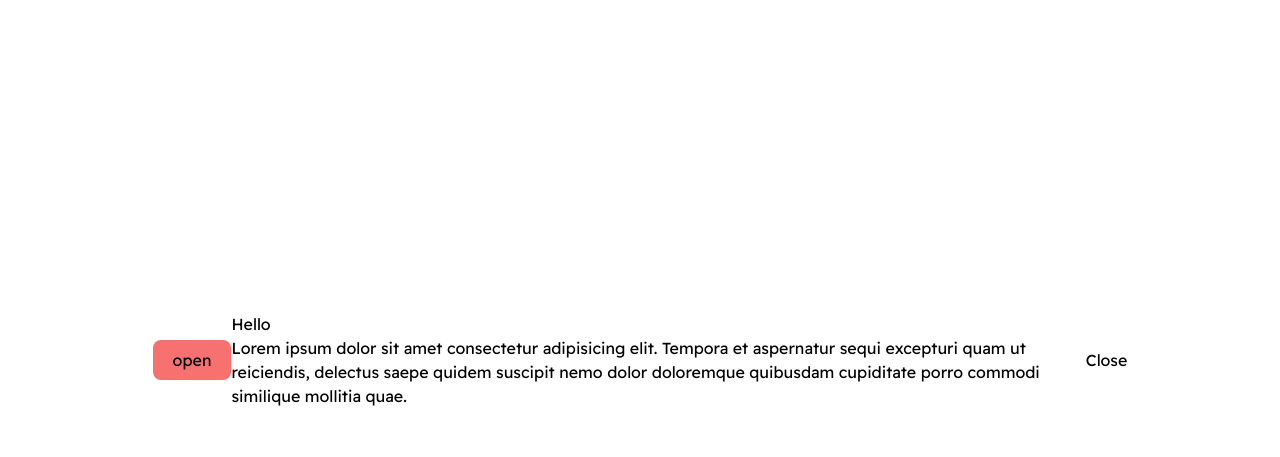
Repository: javals243/Reusable-component
Page: /, after clicking the first element matching `button.bg-red-400`
The author's editor kept a copy of each file at every save. The page is drawn from the files as they stood at one save, then again after the next save.
The browser window is 1280 px wide. The pictures show the whole page.
The project was rebuilt for these pictures with package versions that can differ from the ones it lists, and the page was loaded fresh each time. The framework's server and built-in components were replaced by stand-ins that run in the browser. Also part of the build but not shown: next.config.js, components/MasonryLayout/MansonryLayout.tsx, components/ProductCard/ProductCard.tsx, styles/Home.module.css, components/UnderlineAnimation/UnderlineAnimation.tsx, components/PurseEffect/PurseEffect.tsx.

Above is the page before, as saved 2023-01-03 11:48:31.

### pages/index.tsx
import Head from 'next/head'
import Image from 'next/image'
import { Inter } from '@next/font/google'
import styles from '../styles/Home.module.css'
import { MansonryLayout, ModalComponent, ProductCard, PurseEffect, UnderlineAnimation } from '../components'


const inter = Inter({ subsets: ['latin'] })

export default function Home() {
  return (
    <>
    {/* <MansonryLayout/> */}
    {/* <ProductCard/> */}
    {/* <UnderlineAnimation/> */}
    {/* <PurseEffect/> */}
    <ModalComponent/>
    </>
  )
}

### styles/globals.css
@import url('https://fonts.googleapis.com/css2?family=Readex+Pro:wght@200;300;400;500;600&display=swap');
@layer base {
    body {
        font-family: 'Readex Pro', sans-serif;
    }
}

@tailwind base;
@tailwind components;
@tailwind utilities;
@layer components {
    .card {
        @apply bg-white text-gray-700 w-72 min-h-[10rem] shadow-lg rounded-md overflow-hidden
    }
    .badge {
        @apply px-3 py-1 rounded-full text-xs bg-gray-100
    }
    .product-title {
        @apply font-semibold text-2xl overflow-ellipsis overflow-hidden whitespace-nowrap
    }
    .discount-percent {
        @apply bg-green-400 px-1.5 py-0.5 rounded-md text-xs text-white
    }
    .button-primary{
      @apply bg-yellow-500/80 hover:bg-yellow-500/90 rounded-md px-6 py-2 text-white font-medium tracking-wide transition
    }

}

### components/index.ts
export * from "./MasonryLayout/MansonryLayout"
export * from "./ProductCard/ProductCard"
export * from "./UnderlineAnimation/UnderlineAnimation"
export * from "./PurseEffect/PurseEffect"
export * from "./ModalComponent/ModalComponent"

### components/ModalComponent/ModalComponent.tsx
import React, { useState } from 'react'
import styles from "../../styles/Home.module.css";
function ModalComponent() {
    const [modal,setModal]=useState(false);
    const toggleModal=()=>{
        setModal(!modal)
    }
  return (
    <div className='flex justify-center items-center h-[100vh]'>
      <button onClick={toggleModal} className="bg-red-400 px-5 py-2 rounded-lg">
        open
      </button>
      {modal && (
        <div className='flex justify-center items-center w-[70vw]'>
          <div className="bg-black"></div>
          <div className={styles.modal_content}>
            <h2>Hello </h2>
            <p>
              Lorem ipsum dolor sit amet consectetur adipisicing elit. Tempora
              et aspernatur sequi excepturi quam ut reiciendis, delectus saepe
              quidem suscipit nemo dolor doloremque quibusdam cupiditate porro
              commodi similique mollitia quae.
            </p>
          </div>
          <button onClick={toggleModal}>Close</button>
        </div>
      )}
    </div>
  );
}

export  {ModalComponent}

### tailwind.config.js
/** @type {import('tailwindcss').Config} */
module.exports = {
    content: [
        "./pages/**/*.{js,ts,jsx,tsx}",
        "./components/**/*.{js,ts,jsx,tsx}",
    ],
    theme: {
        extend: {},
    },
    plugins: [],
}

Loaded but not shown: pages/_app.tsx (common file); pages/_document.tsx (common file)

After the next save:
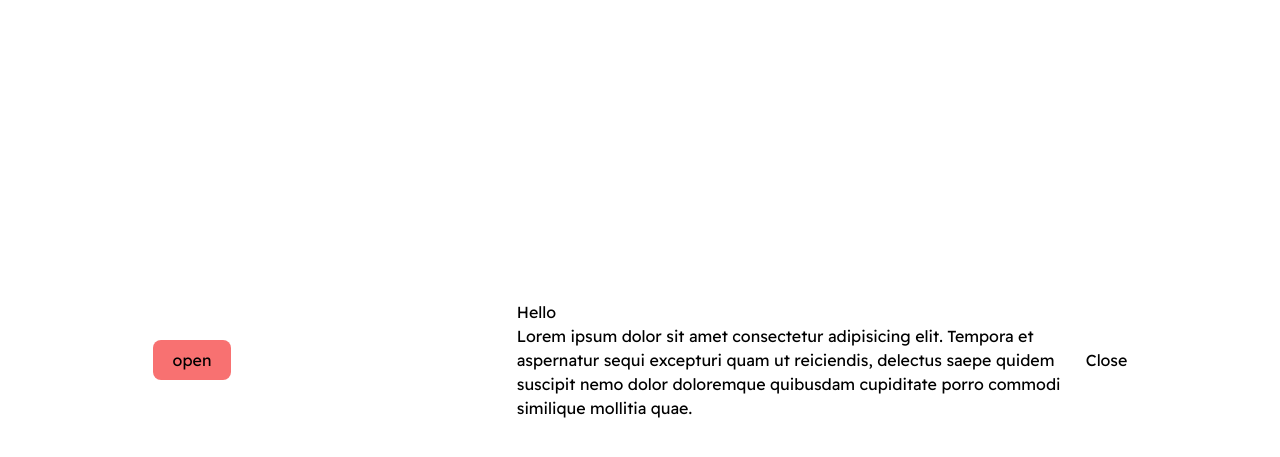
Saved 14 s later.
--- a/components/ModalComponent/ModalComponent.tsx
+++ b/components/ModalComponent/ModalComponent.tsx
@@ -12,7 +12,7 @@ function ModalComponent() {
       </button>
       {modal && (
         <div className='flex justify-center items-center w-[70vw]'>
-          <div className="bg-black"></div>
+          <div className="bg-black w-full h-full"></div>
           <div className={styles.modal_content}>
             <h2>Hello </h2>
             <p>
